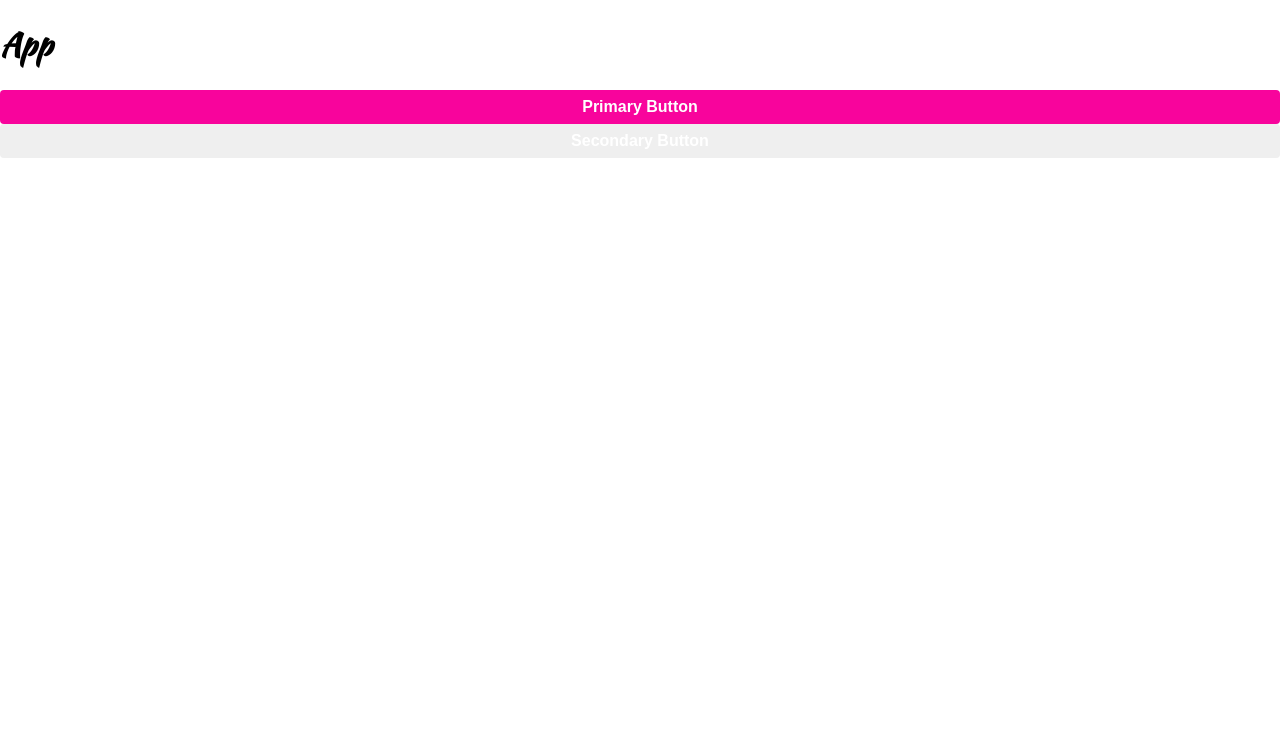
Repository: matehuslucena/styled-component-v5
Page: /
The author's editor kept a copy of each file at every save. The page is drawn from the files as they stood at one save, then again after the next save.
The browser window is 1280 px wide. The pictures show the whole page.
The project was rebuilt for these pictures with package versions that can differ from the ones it lists, and the page was loaded fresh each time.

Above is the page before, as saved 2022-02-08 20:37:59.

### public/index.html
<!DOCTYPE html>
<html lang="en">
  <head>
    <meta charset="utf-8" />
    <link rel="icon" href="%PUBLIC_URL%/favicon.ico" />
    <meta name="viewport" content="width=device-width, initial-scale=1" />
    <meta name="theme-color" content="#000000" />
    <meta
      name="description"
      content="Web site created using create-react-app"
    />
    <link rel="apple-touch-icon" href="%PUBLIC_URL%/logo192.png" />
    <!--
      manifest.json provides metadata used when your web app is installed on a
      user's mobile device or desktop. See https://developers.google.com/web/fundamentals/web-app-manifest/
    -->
    <link rel="manifest" href="%PUBLIC_URL%/manifest.json" />
    <!--
      Notice the use of %PUBLIC_URL% in the tags above.
      It will be replaced with the URL of the `public` folder during the build.
      Only files inside the `public` folder can be referenced from the HTML.

      Unlike "/favicon.ico" or "favicon.ico", "%PUBLIC_URL%/favicon.ico" will
      work correctly both with client-side routing and a non-root public URL.
      Learn how to configure a non-root public URL by running `npm run build`.
    -->
    <title>React App</title>
    <link rel="preconnect" href="https://fonts.googleapis.com">
    <link rel="preconnect" href="https://fonts.gstatic.com" crossorigin>
    <link href="https://fonts.googleapis.com/css2?family=Kaushan+Script&display=swap" rel="stylesheet">
  </head>
  <body>
    <noscript>You need to enable JavaScript to run this app.</noscript>
    <div id="root"></div>
    <!--
      This HTML file is a template.
      If you open it directly in the browser, you will see an empty page.

      You can add webfonts, meta tags, or analytics to this file.
      The build step will place the bundled scripts into the <body> tag.

      To begin the development, run `npm start` or `yarn start`.
      To create a production bundle, use `npm run build` or `yarn build`.
    -->
  </body>
</html>

### src/index.js
import React from 'react';
import ReactDOM from 'react-dom';
import './index.css';
import App from 'components/App';
import reportWebVitals from './reportWebVitals';

ReactDOM.render(
  <React.StrictMode>
    <App />
  </React.StrictMode>,
  document.getElementById('root')
);

// If you want to start measuring performance in your app, pass a function
// to log results (for example: reportWebVitals(console.log))
// or send to an analytics endpoint. Learn more: https://bit.ly/CRA-vitals
reportWebVitals();

### src/components/App.js
import React from "react";
import {Button} from "components/common";
import {createGlobalStyle} from 'styled-components';

const GlobalStyle = createGlobalStyle`
  body{
    background: white;
    min-height: 100vh;
    margin: 0;
    color: black;
    font-family: 'Kaushan Script';
  }
`

function App() {
  return (
    <>
      <GlobalStyle />
      <h1>App</h1>
      <Button>Primary Button</Button>
      <Button secondary>Secondary Button</Button>
    </>
  );
}

export default App;

### src/components/common/Button.js
import styled from 'styled-components';

const Button = styled.button`
  color: white;
  background: ${p => p.secondary ? 'blavk': '#f8049c'};
  font-weight: bold;
  padding: 8px;
  border-radius: 4px;
  box-shadow: none;
  font-size: 1em;
  border: none;
  width: 100%;
  display: block;
  white-space: none;

  &:disabled{
    background: #eee;
    color: #666;
  }
`;

export {Button};

Loaded but not shown: src/index.css (common file); src/reportWebVitals.js (common file); src/components/common/index.js (common file)

After the next save:
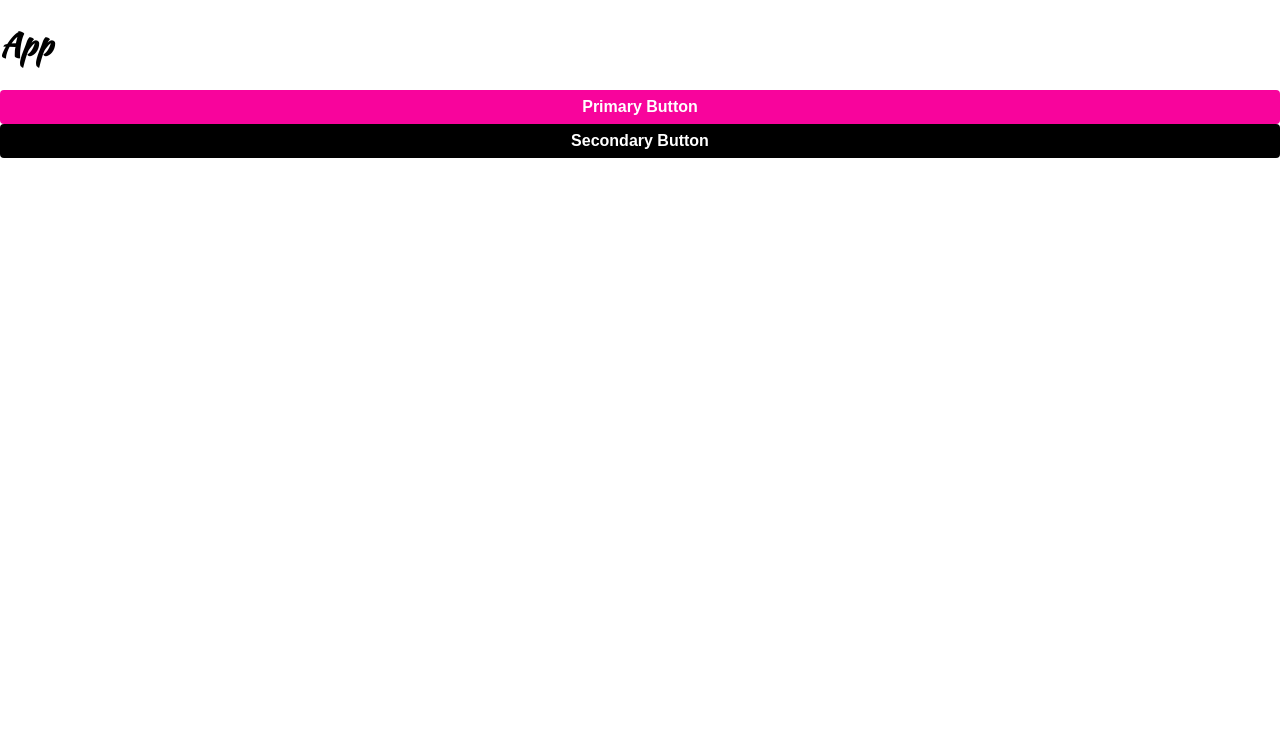
Saved 12 s later.
--- a/src/components/common/Button.js
+++ b/src/components/common/Button.js
@@ -2,7 +2,7 @@ import styled from 'styled-components';
 
 const Button = styled.button`
   color: white;
-  background: ${p => p.secondary ? 'blavk': '#f8049c'};
+  background: ${p => p.secondary ? 'black': '#f8049c'};
   font-weight: bold;
   padding: 8px;
   border-radius: 4px;
